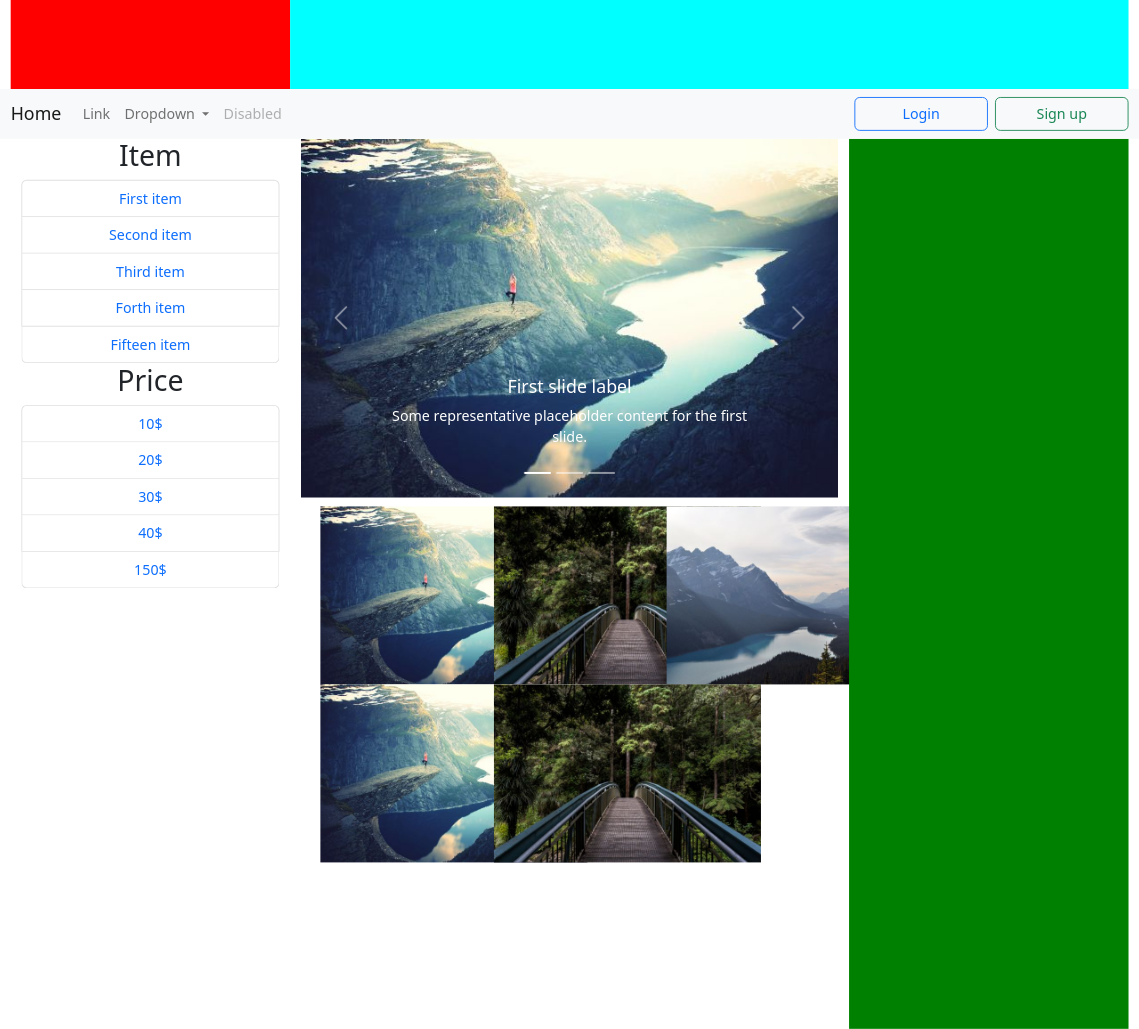
Repository: nguyenhung50497/MD2_bootstrap
Page: BT_giaoDienWeb/index.html
These files come from the project's save history. The page is drawn as it stood at one moment and after the next save; the edit follows.
The browser window is 1280 px wide. The pictures show the whole page, at 89% of full size.

Above is the page before, as saved 2022-11-30 14:12:01.

After the next save:
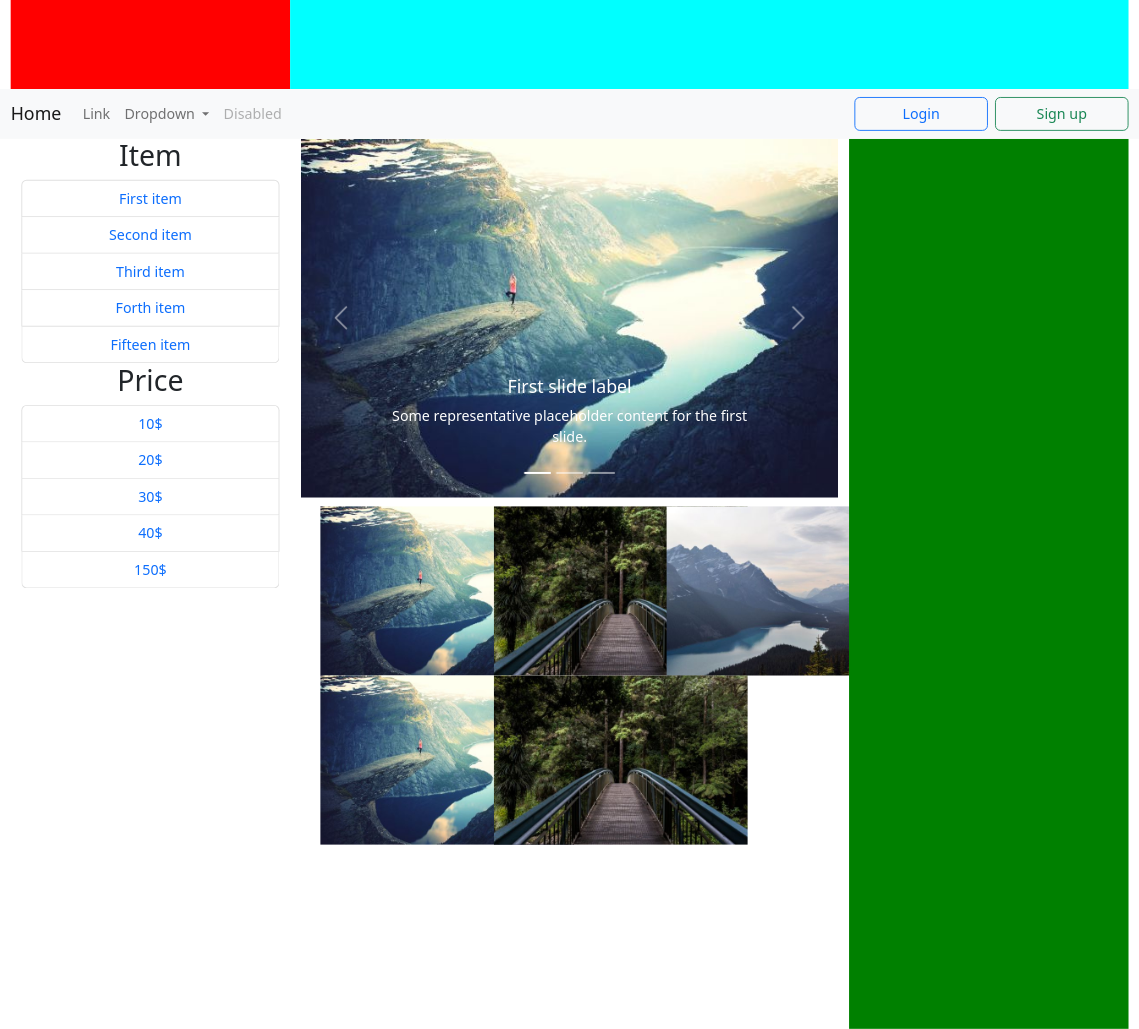
Saved 4 s later.
--- a/BT_giaoDienWeb/index.html
+++ b/BT_giaoDienWeb/index.html
@@ -28,7 +28,7 @@
         padding: 10px;
     }
     .contentImg > div > img {
-        height: 200px;
+        height: 190px;
     }
 </style>
 <body>
